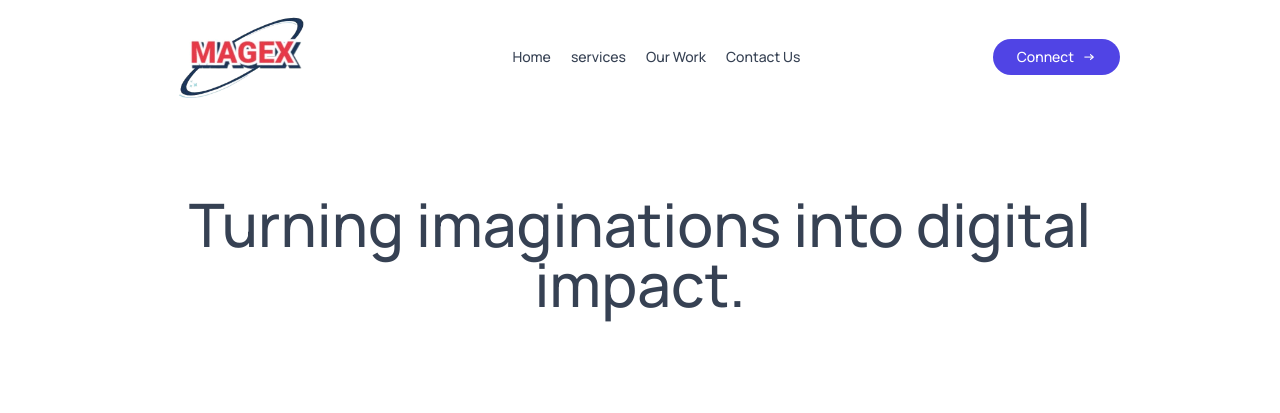
Repository: Prolenzy/magex
Page: /
These files come from the project's save history. The page is drawn as it stood at one moment and after a run of saves; the edit follows.
The browser window is 1280 px wide. The pictures show the whole page.
The project was rebuilt for these pictures with package versions that can differ from the ones it lists, and the page was loaded fresh each time. Also part of the build but not shown: vite.config.js.

Above is the page before, as saved 2025-08-15 09:04:38.

### index.html
<!doctype html>
<html lang="en">
  <head>
    <meta charset="UTF-8" />
    <link rel="icon" type="image/svg+xml" href="/touch-icon.png" />
    <meta name="viewport" content="width=device-width, initial-scale=1.0" />
    <title>Magex | Digital Experiences Powered by Imagination</title>
  </head>
  <body>
    <div id="root"></div>
    <script type="module" src="/src/main.jsx"></script>
  </body>
</html>

### src/index.css
@import url('https://fonts.googleapis.com/css2?family=Manrope:wght@200..800&display=swap');

@import "tailwindcss";

/* @custom-variant dark (&:where(.dark, .dark *)) */

*{
  font-family: "Manrope", sans-serif;
  font-weight: 500;
}

@theme {
  --color-primary: #5044E5;
}

### src/App.jsx
import React from 'react'
import Navbar from './components/Navbar'
import Hero from './components/Hero'

const App = () => {
  return (
    <div>
      <Navbar />
      <Hero />
    </div>
  )
}

export default App

### src/components/Navbar.jsx
import React, { useState } from 'react'

const Navbar = () => {

    const [sidebarOpen, setSidebarOpen] = useState(false)
  return (
    <div className='flex justify-between items-center px-4 sm:px-12 lg:px-24 xl:px-40 py-4
    sticky top-0 z-20 backdrop-blur-xl font-medium bg-white/50 dark:bg-gray-900/70'>

        <img src='/dox1.png' className='w-32 sm:w-40' alt=''/>

        <div className={`text-gray-700 sm:text-sm ${!sidebarOpen ? 'max-sm:w-0 overflow-hidden' :
        'max-sm:w-60 max-sm:pl-10'} max-sm:fixed top-0 bottom-0 right-0 max-sm:min-h-screen
        max-sm:h-full max-sm:flex-col max-sm:bg-primary max-sm:text-white max-sm:pt-20
        flex sm:items-center gap-5 transition-all`}>

             <img src='/ter1.png' alt='' className='w-5 absolute right-4 top-4 sm:hidden'
             onClick={() => setSidebarOpen(false)}/>

            <a onClick={() => setSidebarOpen(false)} href='#' className='sm:hover:border-b'>Home</a>
            <a onClick={() => setSidebarOpen(false)} href='#services' className='sm:hover:border-b'>services</a>
            <a onClick={() => setSidebarOpen(false)} href='#our-work' className='sm:hover:border-b'>Our Work</a>
            <a onClick={() => setSidebarOpen(false)} href='#contact-us' className='sm:hover:border-b'>Contact Us</a>
        </div>
        <div className='flex items-center gap-2 sm:gap-4'>

            <img src='/2001.png' alt='' onClick={() => setSidebarOpen(true)}
            className='w-8 sm:hidden' />
            <a href='#contact-us' className='text-sm max-sm:hidden flex items-center gap-2
            bg-primary text-white px-6 py-2 rounded-full cursor-pointer
            hover:scale-103 transition-all'>
                Connect <img src='/vay1.png' width={14} alt=''/>
            </a>
        </div>
    </div>
  )
}

export default Navbar

### src/components/Hero.jsx
import React from 'react'

const Hero = () => {
  return (
    <div id='hero' className='flex flex-col items-center gap-6 py-20 px-4 sm:px-12 lg:px-24
    xl:px-40 text-center w-full overflow-hidden text-gray-700'>

        <h1 className='text-4xl sm:text-5xl md:text-6xl xl:text'>
            Turning imaginations into <span>digital</span> impact.
        </h1>
    </div>
  )
}

export default Hero

Loaded but not shown: src/main.jsx (common file)

After the next 4 saves:
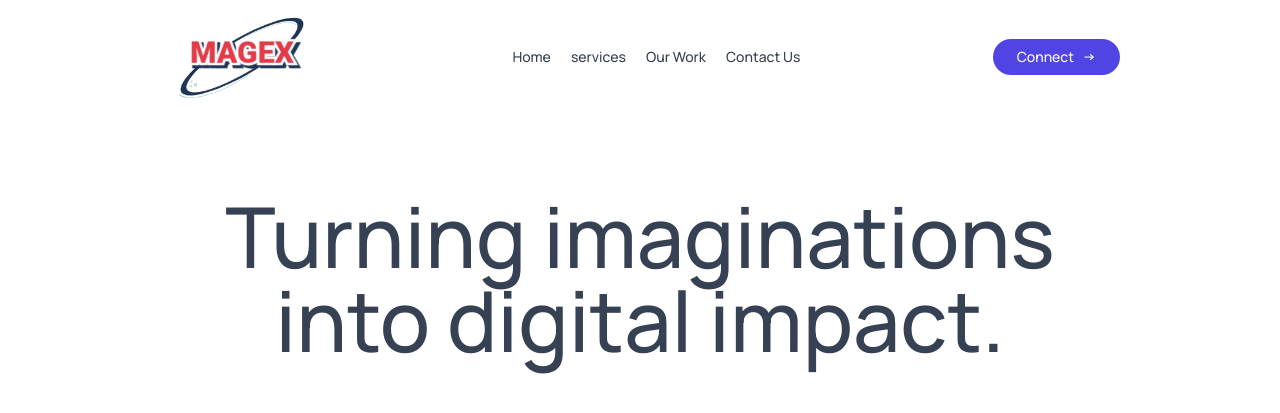
The 4 saves are shown as one change because they came seconds apart.
The last was saved 12 s later.
--- a/src/components/Hero.jsx
+++ b/src/components/Hero.jsx
@@ -5,7 +5,7 @@
     <div id='hero' className='flex flex-col items-center gap-6 py-20 px-4 sm:px-12 lg:px-24
     xl:px-40 text-center w-full overflow-hidden text-gray-700'>
 
-        <h1 className='text-4xl sm:text-5xl md:text-6xl xl:text'>
+        <h1 className='text-4xl sm:text-5xl md:text-6xl xl:text-[84px]'>
             Turning imaginations into <span>digital</span> impact.
         </h1>
     </div>
